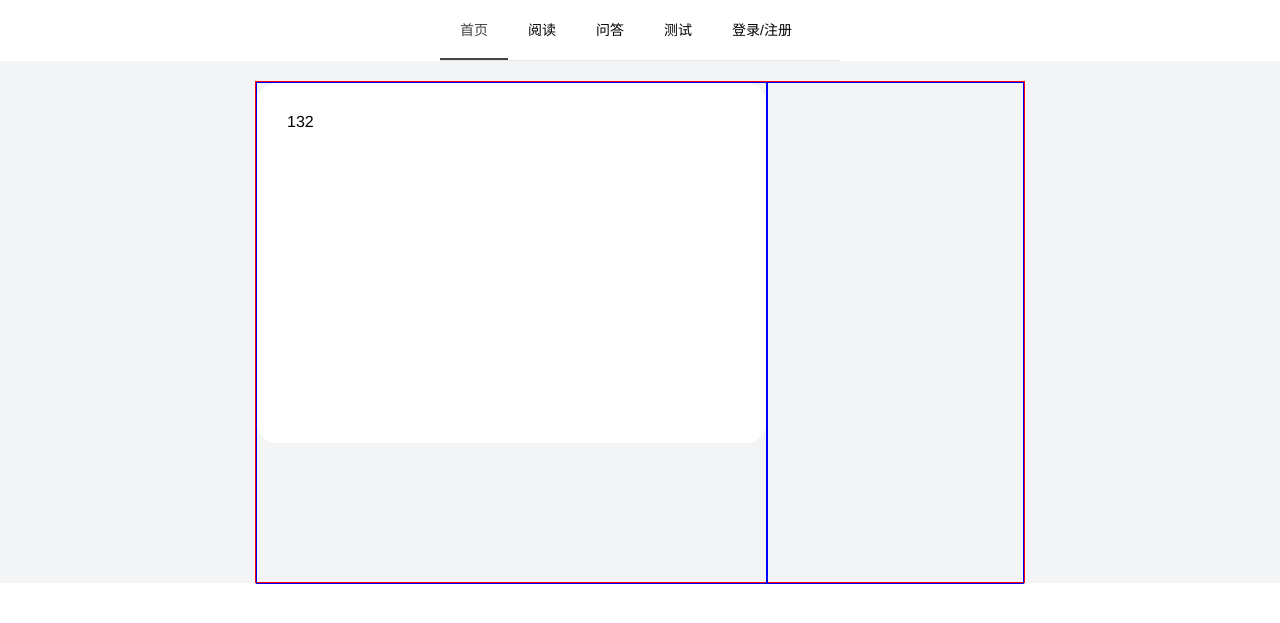
Repository: shengligo/xyx_vue_v1
Page: /qs
These files come from the project's save history. The page is drawn as it stood at one moment and after the next save; the edit follows.
The browser window is 1280 px wide. The pictures show the whole page.
The project was rebuilt for these pictures with package versions that can differ from the ones it lists, and the page was loaded fresh each time. Also part of the build but not shown: vue.config.js, src/views/home/childComps/Art.vue, src/views/author/authors.vue.

Above is the page before, as saved 2021-09-04 16:05:50.

After the next save:
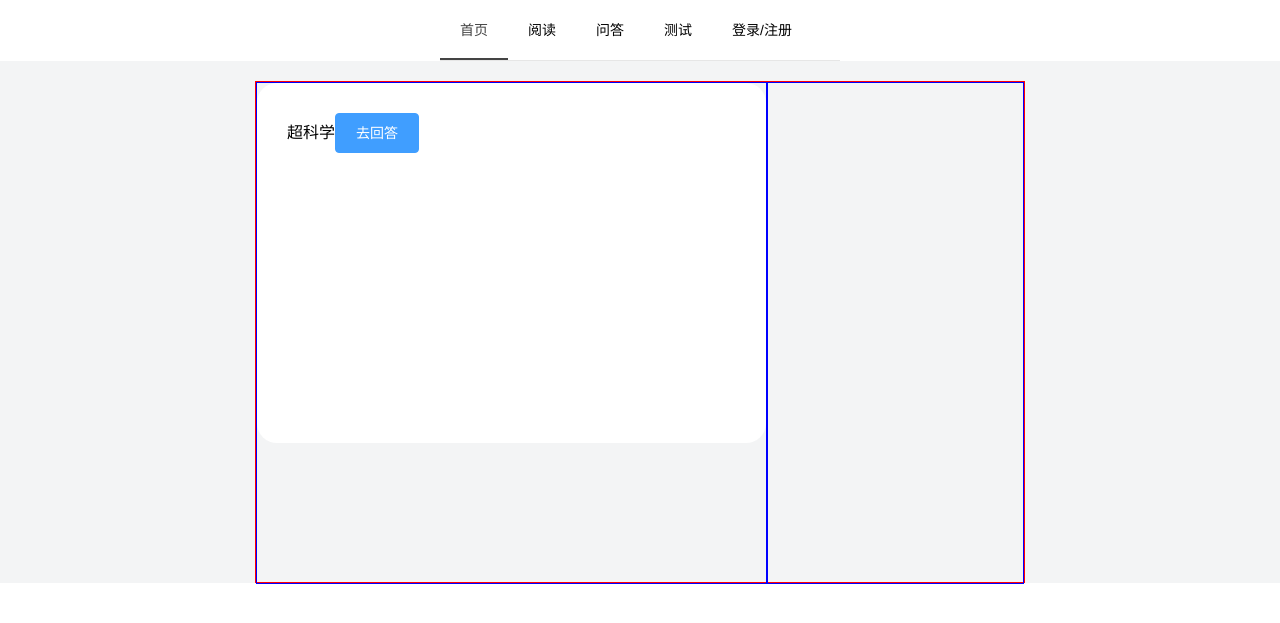
Saved 2 min 36 s later.
--- a/src/views/questions/Question.vue
+++ b/src/views/questions/Question.vue
@@ -3,7 +3,13 @@
     <div class="bodyCenter">
       <div class="bodyright">
         <div v-for="(item,index) in results" :key="index" class="rightbox">
-          132
+
+          <div>
+            <div class="answerer">
+              <span>{{item.answerer}}</span>
+              <el-button type="primary">去回答</el-button>
+            </div>
+          </div>
         </div>
       </div>
       <div class="bodyleft"></div>
